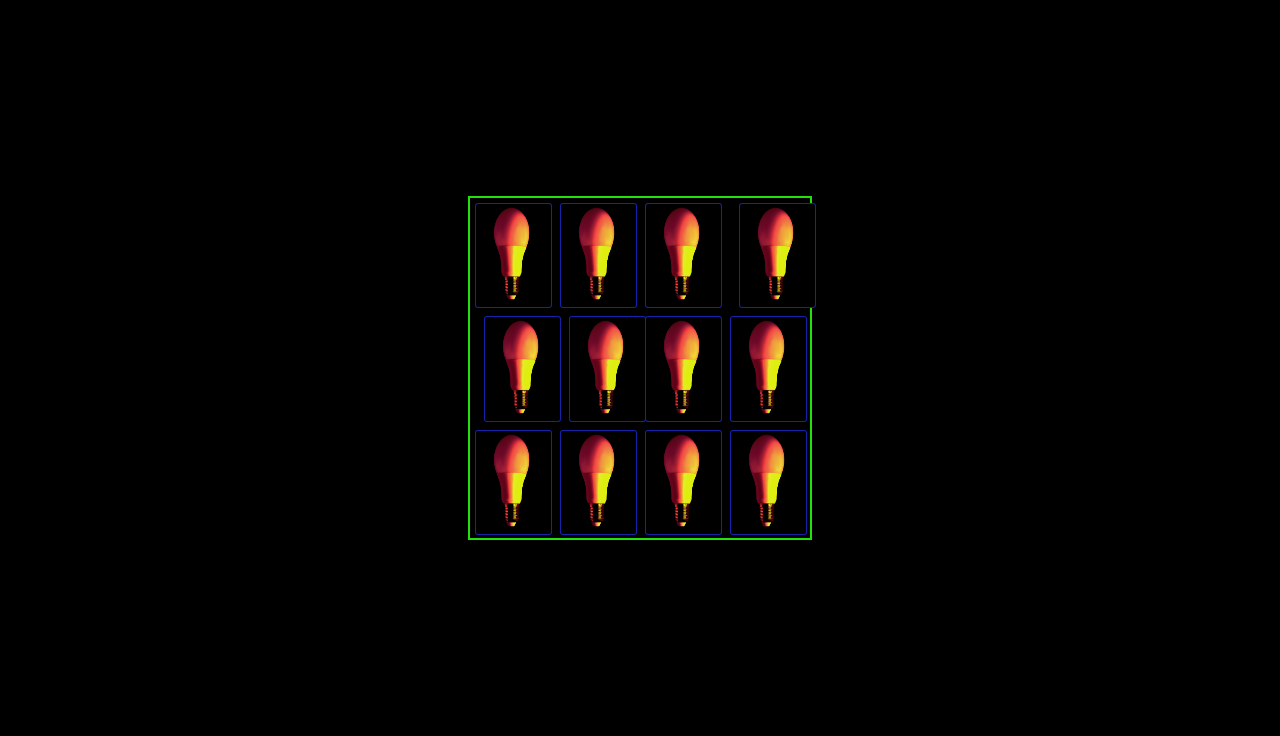
Repository: suzanaferreira/memory-game-project
Page: index.html
The author's editor kept a record of every edit. The page is drawn from the files as they stood at one moment, then again after the next edit.
The browser window is 1280 px wide. The pictures show the whole page.

Above is the page before.
Console error: SyntaxError: Unexpected end of input

### index.html
<!DOCTYPE html>
<html lang="en">

<head>
    <meta charset="UTF-8">
    <meta name="viewport" content="width=device-width, initial-scale=1.0">
    <meta http-equiv="X-UA-Compatible" content="ie=edge">
    <title>Memory Game</title>
    <link rel="stylesheet" href="style.css" />
</head>

<body>
    <section class="game">
        <div class="cards" data-name="burger">
            <img class="revelead-pic" src="img/pic1.jpg" alt="burger" />
            <img class="cover-side" src="img/lamp.jpg" alt="lamp" />
        </div>
        <div class="cards" data-name="burger">
            <img class="revelead-pic" src="img/pic1.jpg" alt="burger" />
            <img class="cover-side" src="img/lamp.jpg" alt="lamp" />
        </div>

        <div class="cards" data-name="rainbow">
            <img class="revelead-pic" src="img/pic2.jpg" alt="rainbow" />
            <img class="cover-side" src="img/lamp.jpg" alt="lamp" />
        </div>
        <div class="cards" data-name="rainbow">>
            <img class="revelead-pic" src="img/pic2.jpg" alt="rainbow" />
            <img class="cover-side" src="img/lamp.jpg" alt="lamp" />
        </div>

        <div class="cards" data-name="rainbow"> >
            <img class="revelead-pic" src="img/pic3.jpg" alt="arrow" />
            <img class="cover-side" src="img/lamp.jpg" alt="lamp" />
        </div>
        <div class="cards" data-name="rainbow">>
            <img class="revelead-pic" src="img/pic3.jpg" alt="arrow" />
            <img class="cover-side" src="img/lamp.jpg" alt="lamp" />
        </div>

        <div class="cards">
            <img class="revelead-pic" src="img/pic4.jpg" alt="clap" />
            <img class="cover-side" src="img/lamp.jpg" alt="lamp" />
        </div>
        <div class="cards">
            <img class="revelead-pic" src="img/pic4.jpg" alt="clap" />
            <img class="cover-side" src="img/lamp.jpg" alt="lamp" />
        </div>

        <div class="cards">
            <img class="revelead-pic" src="img/pic5.jpg" alt="circle" />
            <img class="cover-side" src="img/lamp.jpg" alt="lamp" />
        </div>
        <div class="cards">
            <img class="revelead-pic" src="img/pic5.jpg" alt="circle" />
            <img class="cover-side" src="img/lamp.jpg" alt="lamp" />
        </div>

        <div class="cards">
            <img class="revelead-pic" src="img/pic6.jpg" alt="hello" />
            <img class="cover-side" src="img/lamp.jpg" alt="lamp" />
        </div>
        <div class="cards">
            <img class="revelead-pic" src="img/pic6.jpg" alt="hello" />
            <img class="cover-side" src="img/lamp.jpg" alt="lamp" />
        </div>
    </section>

    <script src="main.js"></script>

</body>

</html>

### style.css
. {
    padding: 0;
    margin: 0;
    box-sizing: border-box;
}

body {
    height: 100vh;
    display: flex;
    background-color: #000000;
}


.game {
    height: 340px;
    width: 340px;
    display: flex;
    margin: auto;
    flex-wrap: wrap;
    border: 2px solid #22E20D;
    perspective: 1000px;
}

.cards {
    width: calc(25% - 10px);
    height: calc(33.333% - 10px);
    margin: 5px;
    position: relative;
    transform: scale(1);
    transform-style: preserve-3d;
    transition: transform .5s;

}
.cards.flip {
    transform: rotateY(180deg);
}
.cards:active {
    transform: scale(.97);
    transition: transform .3s;
}

.revelead-pic,
.cover-side {
    background: #1721AA;
    width: 100%;
    height: 100%;
    padding: 1px;
    border-radius: 3px;
    position: absolute;
    backface-visibility: hidden;
}

.revelead-pic {
    transform: rotateY(180deg);
}

### main.js
const cards = document.querySelectorAll('.cards');
let hasRotatedCard = false;
let firstCard, secondCard;

function rotateCard() {
    this.classList.add('flip');
    //clicked for the first time
    if (!hasRotatedCard) {
        hasRotatedCard = true;
        firstCard = this;
    }
    //clicked for the second time
    else {
        hasRotatedCard = false;
        secondCard = this;

        //check if the cards match
        if (firstCard.dataset.name === secondCard.dataset.name) {
            //when the cards match
            firstCard.removeEventListener('click', rotateCard);
            secondCard.removeEventListener('click', rotateCard);

        //whe the cards dont match
       } else {
        firstCard.classList.remove('flip');
        secondCard.classList.remove('flip');
    }
}
cards.forEach(card => card.addEventListener('click', rotateCard));

After the next edit:
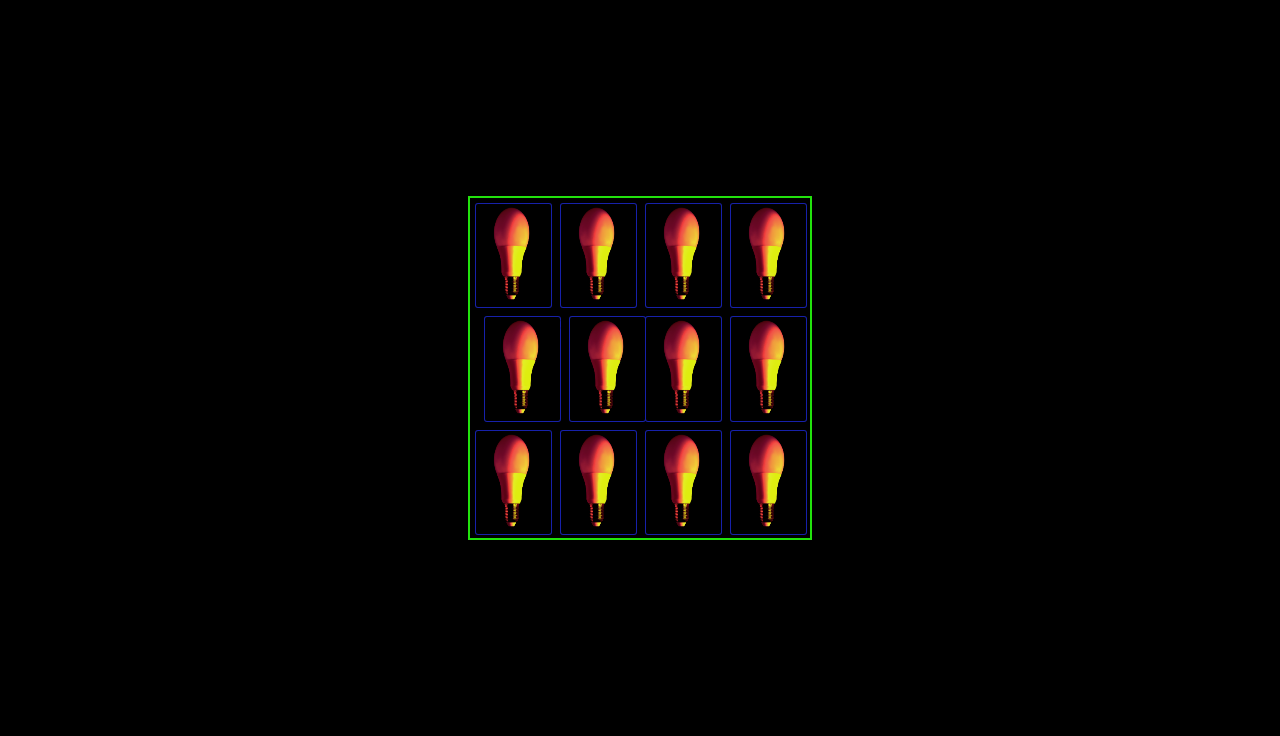
The edit:
--- a/index.html
+++ b/index.html
@@ -24,7 +24,7 @@
             <img class="revelead-pic" src="img/pic2.jpg" alt="rainbow" />
             <img class="cover-side" src="img/lamp.jpg" alt="lamp" />
         </div>
-        <div class="cards" data-name="rainbow">>
+        <div class="cards" data-name="rainbow">
             <img class="revelead-pic" src="img/pic2.jpg" alt="rainbow" />
             <img class="cover-side" src="img/lamp.jpg" alt="lamp" />
         </div>
